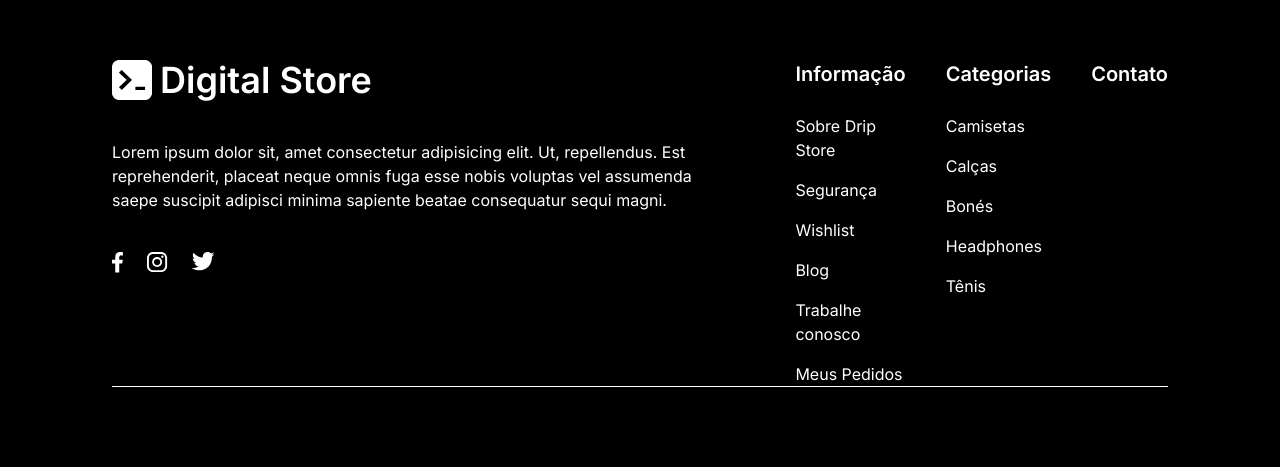
Repository: geracao-09/digital-store
Page: index.html
The author's editor kept a copy of each file at every save. The page is drawn from the files as they stood at one save, then again after the next save.
The browser window is 1280 px wide. The pictures show the part of the page from y = 3410 to 3877 px (the page is 3877 px tall).
A picture or video elsewhere on the page could not be fetched, so the positions and the page height are approximate.

Above is the page before, as saved 2025-04-25 08:57:42.

### index.html
<!DOCTYPE html>
<html lang="pt-br">
<head>
    <meta charset="UTF-8">
    <meta name="viewport" content="width=device-width, initial-scale=1.0">
    <title>Digital Store</title>
    <link href="./style.css" rel="stylesheet">
    <script src="https://cdn.jsdelivr.net/npm/@tailwindcss/browser@4"></script>
    <link rel="shortcut icon" href="/assets/digital-logo.svg" type="image/x-icon">
</head>
<body>
<header class="flex flex-col gap-12 px-[108px] py-[38px]">
    <div class="flex items-center justify-between">
        <div class="flex gap-1">
            <img src="/assets/digital-logo.svg" alt="Logo da Digital Store">
            <h1 class="text-4xl text-(--primary-color) font-semibold">Digital Store</h1>
        </div>
        <input type="text" placeholder="Pesquisar produto..." class="bg-(--light-gray-3) py-2 px-3 rounded-lg ml-40 mr-14 bg-[url(/assets/icons/search.svg)] bg-no-repeat bg-right focus:placeholder-transparent w-[560px]" />
        <div>
            <a href="#" class="bg-(--primary-color) text-white rounded-lg px-7 py-3 font-bold text-sm">
                Entrar
            </a>
        </div>
        <div class="relative">
            <img src="/assets/icons/cart.svg" alt="Imagem de um carrinho de compras">
            <div class="flex justify-center items-center absolute bg-(--tertiary-color) text-white font-bold text-xs rounded-full w-[18px] h-[18px] bottom-[15px] left-3">
                2
            </div>
        </div>
    </div>
    </div>
    <nav class="pl-32">
        <ul class="flex gap-6 text-(--dark-gray-2)">
            <li class="hover:text-(--primary-color) hover:font-bold">
                <a href="#">
                Home
            </a>
        </li>
            <li class="hover:text-(--primary-color) hover:font-bold">
                <a href="#">
                Produtos
            </a>
        </li>
            <li class="hover:text-(--primary-color) hover:font-bold">
                <a href="#">
                Categorias
            </a>
        </li>
            <li class="hover:text-(--primary-color) hover:font-bold">
                <a href="#">
                Meus Pedidos
            </a>
        </li>
        </ul>
    </nav>
</header>
<main>
    <section class="flex px-[108px] bg-(--light-gray-3) py-[78px] h-[680px] relative">
        <div class="flex flex-col gap-5 w-[466px]">
            <p class="text-(--warning-color) font-bold">
                Melhores ofertas personalizadas
            </p>
            <h2 class="font-extrabold text-6xl">
                Queima de estoque Nike 🔥
            </h2>
            <p class="text-(--dark-gray-2) text-lg">
                Consequat culpa exercitation mollit nisi excepteur do do tempor laboris eiusmod irure consectetur.
            </p>
            <a href="#" class="flex items-center justify-center bg-(--primary-color) text-(--light-gray-3) font-bold w-[220px] h-[48px] rounded-lg">
                Ver Ofertas
            </a>
        </div>
        <img src="/assets/pictures/white-sneakers.svg" alt="Foto de um tenis branco" class="absolute right-28 bottom-8"/>
        <img src="/assets/ornaments/ornament.svg" alt="Firula do site - by wendell" class="absolute top-12 right-8">
    </section>
    <section class="flex flex-col gap-15 px-[108px] py-[42px]">
        <div class="flex flex-col gap-10">
            <h4 class="text-(--dark-gray-2) font-bold text-2xl">
                Coleções em destaque
            </h4>
            <ul class="grid grid-cols-3 gap-3.5 h-68">
                <li  class="flex bg-[#D8E3F2] pl-8 pt-8 rounded-md relative bg-[url(/assets/pictures/star-wars-shirt-pic.svg)] bg-no-repeat bg-bottom-right">
                    <div class="w-1/2 z-10">
                    <p class="bg-[#E7FF86] rounded-4xl font-bold text-(--dark-gray-2) w-[96px] text-center py-1.5 text-sm">
                        30% OFF
                    </p>
                    <h5 class="font-bold text-(--dark-gray) text-4xl mt-2.5 mb-8">
                        Novo drop Supreme
                    </h5>
                    <a href="#" class="text-(--primary-color) bg-white rounded-xl font-bold px-12 py-4.5">
                        Comprar
                    </a>
                </div>
                </li>
                <li  class="flex bg-[#D8E3F2] pl-8 pt-8 rounded-md relative bg-[url(/assets/pictures/sneaks-pic.svg)] bg-no-repeat bg-bottom-right">
                    <div class="w-1/2 z-10">
                    <p class="bg-[#E7FF86] rounded-4xl font-bold text-(--dark-gray-2) w-[96px] text-center py-1.5 text-sm">
                        30% OFF
                    </p>
                    <h5 class="font-bold text-(--dark-gray) text-4xl mt-2.5 mb-8">
                        Coleção Adidas
                    </h5>
                    <a href="#" class="text-(--primary-color) bg-white rounded-xl font-bold px-12 py-4.5">
                        Comprar
                    </a>
                </div>
                </li>
                <li  class="flex bg-[#D8E3F2] pl-8 pt-8 rounded-md relative bg-[url(/assets/pictures/headphone-pic.svg)] bg-no-repeat bg-bottom-right">
                    <div class="w-1/2 z-10">
                    <p class="bg-[#E7FF86] rounded-4xl font-bold text-(--dark-gray-2) w-[96px] text-center py-1.5 text-sm">
                        30% OFF
                    </p>
                    <h5 class="font-bold text-(--dark-gray) text-4xl mt-2.5 mb-8">
                        Novo<br> Beats Bass
                    </h5>
                    <a href="#" class="text-(--primary-color) bg-white rounded-xl font-bold px-12 py-4.5">
                        Comprar
                    </a>
                </div>
                </li>
            </ul>
        </div>
        <div class="bg-[url(/assets/icons/house-border.svg)] bg-no-repeat bg-center object-contain flex flex-col items-center gap-5 pt-5.5 h-[318px]">
            <h1 class="font-bold text-2xl text-(--dark-gray-2)">
                Coleções em destaque
            </h1>
            <ul class="flex gap-8">
                <li><a href="#">
                    <div class="bg-[url(/assets/icons/t-shirt.svg)] w-[104px] h-[104px] bg-white bg-no-repeat bg-center rounded-full"></div>
                    <p class="font-bold text-sm text-(--dark-gray-2) text-center">Camisetas</p>
                </a></li>
                <li><a href="#">
                    <div class="bg-[url(/assets/icons/pants.svg)] w-[104px] h-[104px] bg-white bg-no-repeat bg-center rounded-full"></div>
                    <p class="font-bold text-sm text-(--dark-gray-2) text-center">Calças</p>
                </a></li>
                <li><a href="#">
                    <div class="bg-[url(/assets/icons/cap.svg)] w-[104px] h-[104px] bg-white bg-no-repeat bg-center rounded-full"></div>
                    <p class="font-bold text-sm text-(--dark-gray-2) text-center">Bonés</p>
                </a></li>
                <li><a href="#">
                    <div class="bg-[url(/assets/icons/headphones.svg)] w-[104px] h-[104px] bg-white bg-no-repeat bg-center rounded-full"></div>
                    <p class="font-bold text-sm text-(--dark-gray-2) text-center">Headphones</p>
                </a></li>
                <li><a href="#">
                    <div class="bg-[url(/assets/icons/sneakers.svg)] w-[104px] h-[104px] bg-white bg-no-repeat bg-center rounded-full"></div>
                    <p class="font-bold text-sm text-(--dark-gray-2) text-center">Tênis</p>
                </a></li>
            </ul>
        </div>
    </section>
    <section class="px-[108px]">
        <div class="flex justify-between mb-5">
            <h4 class="text-(--dark-gray-2) font-bold text-2xl">
                Produtos em  alta
            </h4>
            <div class="flex gap-2 items-center">
                <a href="#" class="text-(--primary-color) text-[18px]">
                    Ver todos
                </a>
                <img src="/assets/ornaments/arrow-right.svg" alt="Flecha apontando pra direita" class="w-[24px]">
            </div>
        </div>
        <ul class="grid grid-cols-4">
            <li class="mb-5">
            <div class="bg-[url(/assets/pictures/sneaks-pic2.svg)] w-[292px] h-[320px] bg-white bg-no-repeat bg-center relative">
                <div class="flex justify-center items-center bg-[#E7FF86] font-bold text-sm h-[32px] w-[96px] rounded-4xl absolute left-5 top-5">50% off</div>
            </div>
                <div>
                    <p class="text-xs text-(--light-gray) font-bold">
                        Tênis
                    </p>
                    <h5 class="text-2xl text-(--dark-gray-2)">
                        K-Swiss V8 - Masculino
                    </h5>
                    <div class="flex gap-2">
                    <h5 class="text-(--light-gray) line-through text-2xl">
                        $200
                    </h5>
                    <h5 class="font-bold text-2xl">
                        $100
                    </h5>
                </div>
            </div>
            </li>
            <li class="mb-5">
            <div class="bg-[url(/assets/pictures/sneaks-pic2.svg)] w-[292px] h-[320px] bg-white bg-no-repeat bg-center relative">
                <div class="flex justify-center items-center bg-[#E7FF86] font-bold text-sm h-[32px] w-[96px] rounded-4xl absolute left-5 top-5">50% off</div>
            </div>
                <div>
                    <p class="text-xs text-(--light-gray) font-bold">
                        Tênis
                    </p>
                    <h5 class="text-2xl text-(--dark-gray-2)">
                        K-Swiss V8 - Masculino
                    </h5>
                    <div class="flex gap-2">
                    <h5 class="text-(--light-gray) line-through text-2xl">
                        $200
                    </h5>
                    <h5 class="font-bold text-2xl">
                        $100
                    </h5>
                </div>
            </div>
            </li>
            <li class="mb-5">
            <div class="bg-[url(/assets/pictures/sneaks-pic2.svg)] w-[292px] h-[320px] bg-white bg-no-repeat bg-center relative">
            </div>
                <div>
                    <p class="text-xs text-(--light-gray) font-bold">
                        Tênis
                    </p>
                    <h5 class="text-2xl text-(--dark-gray-2)">
                        K-Swiss V8 - Masculino
                    </h5>
                    <h5 class="font-bold text-2xl">
                        $100
                    </h5>
            </div>
            </li>
            <li class="mb-5">
            <div class="bg-[url(/assets/pictures/sneaks-pic2.svg)] w-[292px] h-[320px] bg-white bg-no-repeat bg-center relative">
            </div>
                <div>
                    <p class="text-xs text-(--light-gray) font-bold">
                        Tênis
                    </p>
                    <h5 class="text-2xl text-(--dark-gray-2)">
                        K-Swiss V8 - Masculino
                    </h5>
                    <h5 class="font-bold text-2xl">
                        $100
                    </h5>
            </div>
            </li>
            <li class="mb-5">
            <div class="bg-[url(/assets/pictures/sneaks-pic2.svg)] w-[292px] h-[320px] bg-white bg-no-repeat bg-center relative">
            </div>
                <div>
                    <p class="text-xs text-(--light-gray) font-bold">
                        Tênis
                    </p>
                    <h5 class="text-2xl text-(--dark-gray-2)">
                        K-Swiss V8 - Masculino
                    </h5>
                    <h5 class="font-bold text-2xl">
                        $100
                    </h5>
            </div>
            </li>
            <li class="mb-5">
            <div class="bg-[url(/assets/pictures/sneaks-pic2.svg)] w-[292px] h-[320px] bg-white bg-no-repeat bg-center relative">
            </div>
                <div>
                    <p class="text-xs text-(--light-gray) font-bold">
                        Tênis
                    </p>
                    <h5 class="text-2xl text-(--dark-gray-2)">
                        K-Swiss V8 - Masculino
                    </h5>
                    <h5 class="font-bold text-2xl">
                        $100
                    </h5>
            </div>
            </li>
            <li class="mb-5">
            <div class="bg-[url(/assets/pictures/sneaks-pic2.svg)] w-[292px] h-[320px] bg-white bg-no-repeat bg-center relative">
            </div>
                <div>
                    <p class="text-xs text-(--light-gray) font-bold">
                        Tênis
                    </p>
                    <h5 class="text-2xl text-(--dark-gray-2)">
                        K-Swiss V8 - Masculino
                    </h5>
                    <h5 class="font-bold text-2xl">
                        $100
                    </h5>
            </div>
            </li>
            <li class="mb-5">
            <div class="bg-[url(/assets/pictures/sneaks-pic2.svg)] w-[292px] h-[320px] bg-white bg-no-repeat bg-center relative">
            </div>
                <div>
                    <p class="text-xs text-(--light-gray) font-bold">
                        Tênis
                    </p>
                    <h5 class="text-2xl text-(--dark-gray-2)">
                        K-Swiss V8 - Masculino
                    </h5>
                    <h5 class="font-bold text-2xl">
                        $100
                    </h5>
            </div>
            </li>

        </ul>
    </section>
    <section class="flex justify-center items-center bg-white py-20 px-18 gap-28">
        <div>
            <div class="w-[456px] h-[456px] bg-linear-(--secondary-gradient) rounded-full  relative">
                <img src="/assets/pictures/ei-jordao.svg" alt="" class="w-[574px] absolute top-[12%] right-[12%] scale-135">
            </div>
        </div>
        <div class="flex flex-col gap-4 w-[40%]">
            <p class="text-sm text-(--primary-color) font-bold">
                Oferta especial
            </p>
            <h2 class="font-bold text-(--dark-gray-2) text-5xl">
                Air Jordan edição de colecionador
            </h2>
            <p class="text-(--dark-gray-2)">
                Lorem ipsum dolor sit amet, consectetur adipiscing elit, sed do eiusmod tempor incididunt ut labore et dolore magna aliqua. Ut enim ad minim veniam, quis nostrud exercitation ullamco laboris nisi ut aliquip
            </p>
            <a href="#" class="flex items-center justify-center bg-(--primary-color) text-(--light-gray-3) font-bold w-[220px] h-[48px] rounded-lg mt-6">
                Ver Ofertas
            </a>
        </div>
    </section>
</main>
<footer class="bg-black text-white py-20 px-28">
    <div class="flex gap-10">
        <div  class="flex flex-col gap-10 mr-6">
            <div class="flex gap-2">
                <img src="/assets/white-logo.svg" alt="Logo da Digital em branco">
                <h4 class="font-semibold text-4xl">Digital Store</h4>
            </div>
        <div>
            <p>Lorem ipsum dolor sit, amet consectetur adipisicing elit. Ut, repellendus. Est reprehenderit, placeat neque omnis fuga esse nobis voluptas vel assumenda saepe suscipit adipisci minima sapiente beatae consequatur sequi magni.</p>
        </div>
        <div>
            <ul class="flex gap-6">
                <li><img src="/assets/icons/facebook.svg" alt="logo da facebook"></li>
                <li><img src="/assets/icons/instagram.svg" alt="logo do instagram"></li>
                <li><img src="/assets/icons/twitter.svg" alt="logo da twitter, vulgo, X"></li>
            </ul>
        </div>
    </div>
        <div class="flex gap-10">
            <ul class="flex flex-col gap-4 list-none">
                <li class="font-semibold text-xl mb-2.5">Informação</li>
                <li><a href="#">
                    Sobre Drip Store
                </a></li>
                <li><a href="#">
                    Segurança
                </a></li>
                <li><a href="#">
                    Wishlist
                </a></li>
                <li><a href="#">
                    Blog
                </a></li>
                <li><a href="#">
                    Trabalhe conosco
                </a></li>
                <li><a href="#">
                    Meus Pedidos
                </a></li>
            </ul>
            <ul class="flex flex-col gap-4 list-none">
                <li class="font-semibold text-xl mb-2.5">Categorias</li>
                <li><a href="#">
                    Camisetas
                </a></li>
                <li><a href="#">
                    Calças
                </a></li>
                <li><a href="#">
                    Bonés
                </a></li>
                <li><a href="#">
                    Headphones
                </a></li>
                <li><a href="#">
                    Tênis
                </a></li>
            </ul>
        </div>
        <div>
            <h6 class="font-semibold text-xl">Contato</h6>
            <p></p>
            <p></p>
        </div>
    </div>
    <hr>
    <div>

    </div>
</footer>
</body>
</html>

### style.css
@import url('https://fonts.googleapis.com/css2?family=Inter:ital,opsz,wght@0,14..32,100..900;1,14..32,100..900&display=swap');

:root {
    --dark-gray: #1F1F1F;
    --dark-gray-2: #474747;
    --dark-gray-3: #666666;
    --light-gray: #8F8F8F;
    --light-gray-2: #CCCCCC;
    --light-gray-3: #F5F5F5;
    --white: #FFFFFF;
    --primary-color: #C92071;
    --secondary-color: #B5B6F2;
    --tertiary-color: #991956;
    --error-color: #EE4266;
    --success-color: #52CA76;
    --warning-color: #F6AA1C;
    --primary-gradient: 180deg,#C92071, #EDABCA;
    --secondary-gradient: 180deg, #B5B6F2, #EFEFFF;
}

* {
    font-family: "Inter", sans-serif;
    box-sizing: border-box;
}

main {
    background-color: #F9F8FE;
}

### assets/icons/instagram.svg
<svg width="21" height="21" viewBox="0 0 21 21" fill="none" xmlns="http://www.w3.org/2000/svg">
<path d="M15.3772 3.59082C15.0646 3.59082 14.7647 3.71504 14.5436 3.93614C14.3225 4.15725 14.1982 4.45713 14.1982 4.76982C14.1981 4.92473 14.2285 5.07815 14.2877 5.22131C14.3469 5.36447 14.4337 5.49456 14.5432 5.60415C14.6527 5.71373 14.7827 5.80066 14.9258 5.85998C15.0689 5.91929 15.2223 5.94982 15.3772 5.94982C15.6899 5.94982 15.9898 5.82561 16.2109 5.6045C16.432 5.38339 16.5562 5.08351 16.5562 4.77082C16.5564 4.61591 16.526 4.46249 16.4668 4.31933C16.4076 4.17617 16.3208 4.04608 16.2113 3.93649C16.1018 3.82691 15.9718 3.73997 15.8287 3.68066C15.6856 3.62135 15.5322 3.59082 15.3772 3.59082Z" fill="white"/>
<path d="M10.1361 5.10303C8.82331 5.10435 7.56467 5.62637 6.63631 6.55454C5.70794 7.48272 5.18567 8.74126 5.18408 10.054C5.18567 11.3669 5.70791 12.6255 6.63625 13.5539C7.56458 14.4822 8.82322 15.0044 10.1361 15.006C11.449 15.0044 12.7076 14.4822 13.6359 13.5539C14.5643 12.6255 15.0865 11.3669 15.0881 10.054C15.0865 8.74126 14.5642 7.48272 13.6359 6.55454C12.7075 5.62637 11.4489 5.10435 10.1361 5.10303ZM10.1361 13.226C9.29489 13.2252 8.48838 12.8906 7.89366 12.2957C7.29894 11.7008 6.96461 10.8942 6.96408 10.053C6.96488 9.21201 7.29933 8.40566 7.89402 7.81096C8.48871 7.21627 9.29506 6.88182 10.1361 6.88103C10.9771 6.88182 11.7835 7.21627 12.3782 7.81096C12.9728 8.40566 13.3073 9.21201 13.3081 10.053C13.3076 10.8942 12.9732 11.7008 12.3785 12.2957C11.7838 12.8906 10.9773 13.2252 10.1361 13.226Z" fill="white"/>
<path d="M14.0681 20.108H6.03607C4.43499 20.1061 2.90003 19.4693 1.7679 18.3371C0.635768 17.205 -0.00107705 15.67 -0.00292969 14.069V6.04098C-0.00134169 4.43973 0.635388 2.90451 1.76755 1.77216C2.89971 0.639813 4.43482 0.00282968 6.03607 0.000976562H14.0641C15.6651 0.0028292 17.2001 0.639674 18.3322 1.7718C19.4644 2.90394 20.1012 4.4389 20.1031 6.03998V14.068C20.1015 15.6685 19.4653 17.2031 18.334 18.3354C17.2027 19.4676 15.6686 20.1051 14.0681 20.108ZM6.03607 1.89297C4.93662 1.8943 3.88259 2.33164 3.10516 3.10907C2.32773 3.88649 1.8904 4.94053 1.88907 6.03998V14.068C1.88881 15.1685 2.32544 16.224 3.10304 17.0028C3.88064 17.7815 4.93558 18.2197 6.03607 18.221H14.0641C15.1638 18.2199 16.2182 17.7827 16.996 17.0053C17.7738 16.2279 18.2115 15.1737 18.2131 14.074V6.04597C18.2115 4.94626 17.7738 3.89208 16.996 3.11465C16.2182 2.33722 15.1638 1.90003 14.0641 1.89898L6.03607 1.89297Z" fill="white"/>
</svg>

### assets/icons/pants.svg
<svg width="64" height="64" viewBox="0 0 64 64" fill="none" xmlns="http://www.w3.org/2000/svg">
<path d="M20.3125 0.149998C19.7875 0.450001 19.7625 0.612499 19.75 2.9125V5.125L13.3625 32.25C9.41247 49.075 6.99997 59.55 7.02497 59.8375C7.04997 60.15 7.16247 60.3625 7.37497 60.525C7.69997 60.7625 18.2875 64 18.7375 64C18.875 64 19.125 63.875 19.3 63.7125C19.525 63.525 21.775 58.3875 27.075 46C31.1875 36.4125 34.575 28.525 34.6125 28.475C34.6875 28.3875 39.375 39.175 39.375 39.4125C39.375 39.4625 38.225 39.5 36.8125 39.5C34.25 39.5 34.2375 39.5 33.9375 39.8125L33.625 40.1125V45.3V50.4875L33.9125 50.8125C34.1625 51.1 34.625 51.2125 39.7875 52.25C43.6875 53.025 45.4625 53.3375 45.6625 53.2625C45.8125 53.2 48.3875 50.95 51.375 48.2625C55.8 44.2875 56.8375 43.2875 56.975 42.9125C57.1 42.5625 57.125 41.8375 57.1 40.25L57.05 38.0625L53.375 21.9375L49.7 5.8125L49.6375 3.2125L49.5625 0.599998L49.2125 0.299999L48.8625 0H34.7125C24.3 0.0125008 20.5 0.0499992 20.3125 0.149998ZM26.125 3.1875V4.25H24H21.875V3.1875V2.125H24H26.125V3.1875ZM31.5 3.1875V4.25H29.875H28.25V3.1875V2.125H29.875H31.5V3.1875ZM35.75 3.1875V4.25H34.6875H33.625V3.1875V2.125H34.6875H35.75V3.1875ZM41.1 3.2125L41.1375 4.25H39.5H37.875V3.1875V2.1125L39.475 2.15L41.0625 2.1875L41.1 3.2125ZM47.5 3.1875V4.25H45.375H43.25V3.1875V2.125H45.375H47.5V3.1875ZM26.125 7.775C26.125 9.4375 25.875 10.1375 25.025 10.9C24.3125 11.5375 23.5125 11.75 21.7875 11.75C20.4875 11.75 20.3625 11.725 20.425 11.525C20.5 11.3 21.625 6.5 21.625 6.425C21.625 6.4 22.6375 6.375 23.875 6.375H26.125V7.775ZM33.625 15.8375V25.3125L25.8625 43.4375C21.5875 53.4 18.0875 61.575 18.075 61.5875C18.0375 61.6375 9.59997 59.125 9.42497 59.0125C9.32497 58.9625 10.9625 51.8 14.575 36.4375C17.4875 24.0625 19.875 13.925 19.875 13.9C19.875 13.8875 20.625 13.875 21.55 13.875C24.225 13.875 25.3125 13.55 26.575 12.35C27.8 11.1875 28.25 9.95 28.25 7.6875V6.375H30.9375H33.625V15.8375ZM37.875 14.6625V22.95L37.225 23.4375C36.8625 23.7 36.375 24.05 36.1625 24.225L35.75 24.525V15.45V6.375H36.8125H37.875V14.6625ZM41.1375 8.125C41.225 10.0625 41.325 10.4625 42 11.4625C42.5625 12.3125 43.2375 12.9 44.1625 13.325C45.1 13.75 45.925 13.875 47.7625 13.875C49.325 13.875 49.375 13.8875 49.4375 14.15C50.875 20.25 54.875 38.425 54.875 38.875V39.5H48.325H41.775L39.075 33.2C37.5875 29.7375 36.375 26.85 36.375 26.7875C36.3875 26.7375 37.1125 26.15 37.9875 25.5C38.875 24.85 39.6875 24.1625 39.8 23.975C39.975 23.6875 40 22.6875 40 15V6.3625L40.5375 6.4L41.0625 6.4375L41.1375 8.125ZM48.275 9C48.6 10.4125 48.8625 11.6125 48.8625 11.675C48.875 11.725 48.125 11.7625 47.225 11.725C45.675 11.6875 45.5125 11.65 44.9 11.325C43.625 10.625 43.25 9.825 43.25 7.8125V6.375L45.4625 6.4L47.6875 6.4375L48.275 9ZM54.875 41.9375C54.875 42.1875 53.9125 43.1125 49.95 46.6875L45.025 51.125L40.6625 50.25C38.275 49.775 36.1875 49.35 36.0375 49.3125L35.75 49.25V45.4375V41.625H45.3125H54.875V41.9375Z" fill="#8F8F8F"/>
</svg>

Loaded but not shown: assets/icons/headphones.svg (8 lines, source omitted)

After the next save:
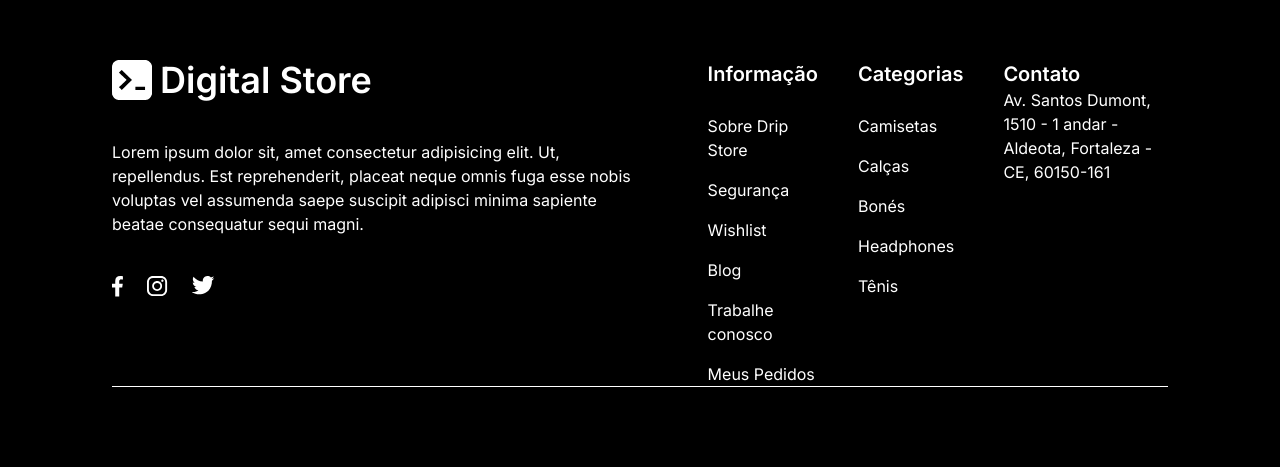
Saved 9 s later.
--- a/index.html
+++ b/index.html
@@ -379,7 +379,7 @@
         </div>
         <div>
             <h6 class="font-semibold text-xl">Contato</h6>
-            <p></p>
+            <p>Av. Santos Dumont, 1510 - 1 andar - Aldeota, Fortaleza - CE, 60150-161</p>
             <p></p>
         </div>
     </div>
